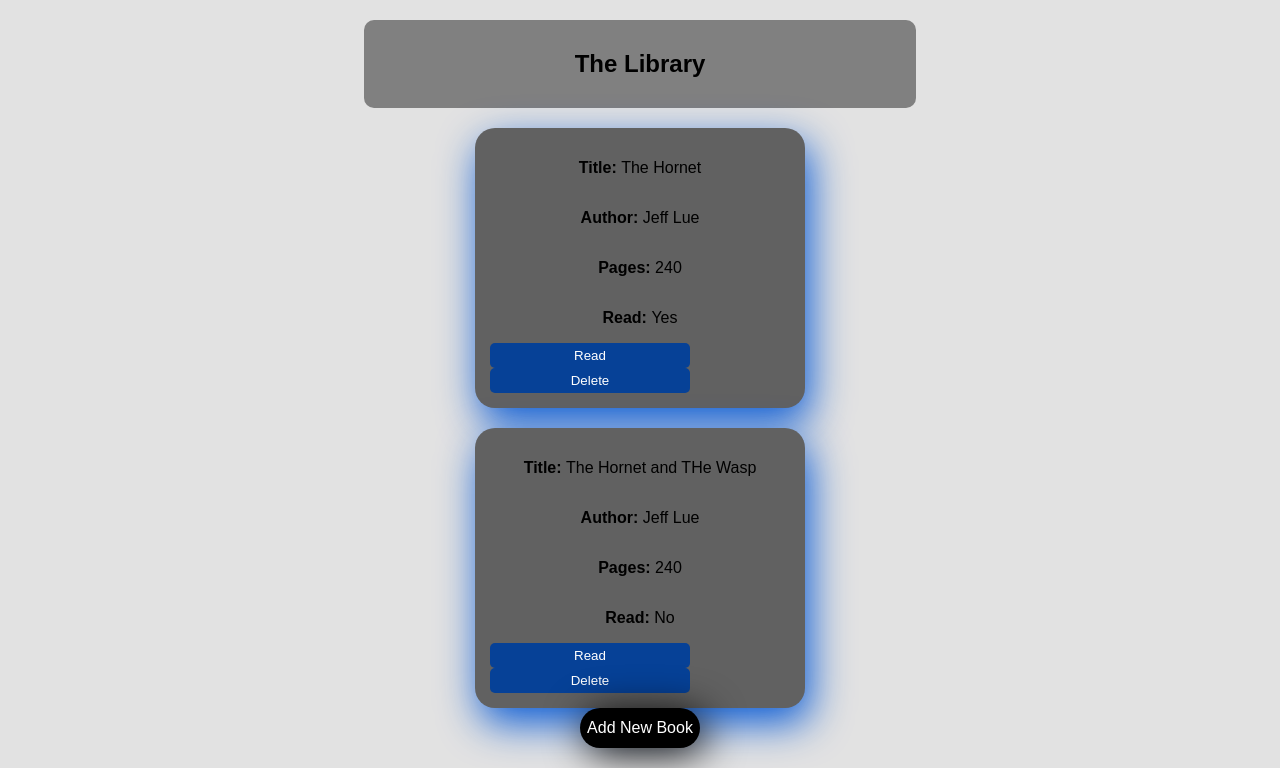
Repository: ErvinClay13/Library
Page: index.html
An editor plug-in stored every save of this project. The page is shown before and after a run of saves, followed by the edit.
The browser window is 1280 px wide. The pictures show the whole page.

Above is the page before, as saved 2025-01-11 05:04:43.

After the next 2 saves:
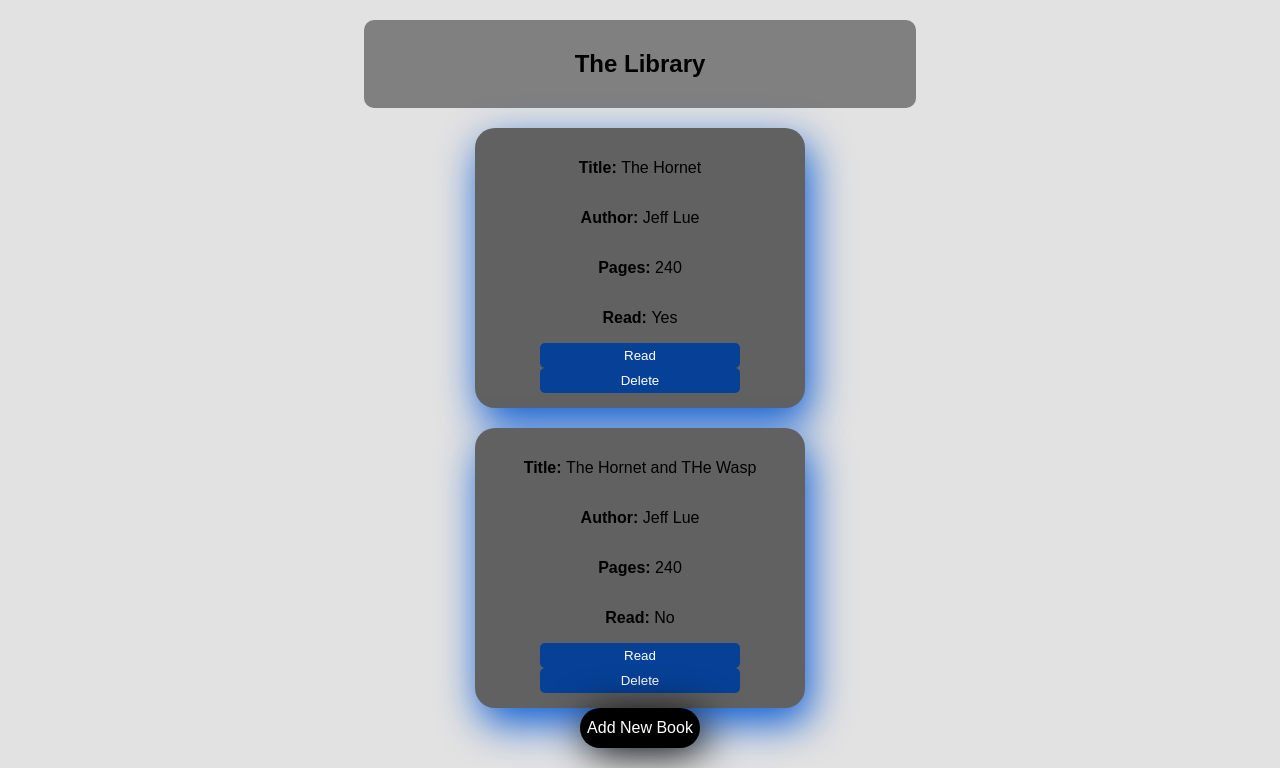
The 2 saves are shown as one change because they came seconds apart.
The last was saved 5 s later.
--- a/style.css
+++ b/style.css
@@ -68,7 +68,7 @@ body {
     width: 100%;
     max-width: 300px;
     box-shadow: 5px 15px 40px #0055d4f5;
-    ali
+    align-items: center;
 }
 
 .card-details {
